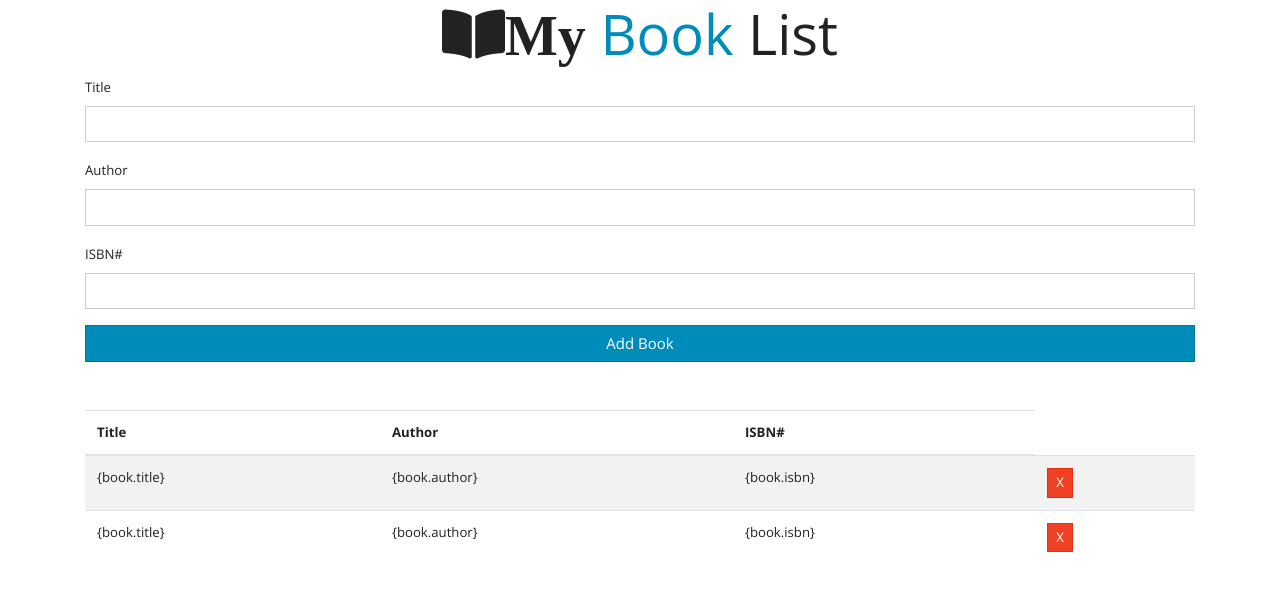
Repository: konstantin0s/bookList
Page: index.html
These files come from the project's save history. The page is drawn as it stood at one moment and after the next save; the edit follows.
The browser window is 1280 px wide. The pictures show the whole page.
Some web libraries are served in a nearby version.

Above is the page before, as saved 2018-12-24 23:05:04.

After the next save:
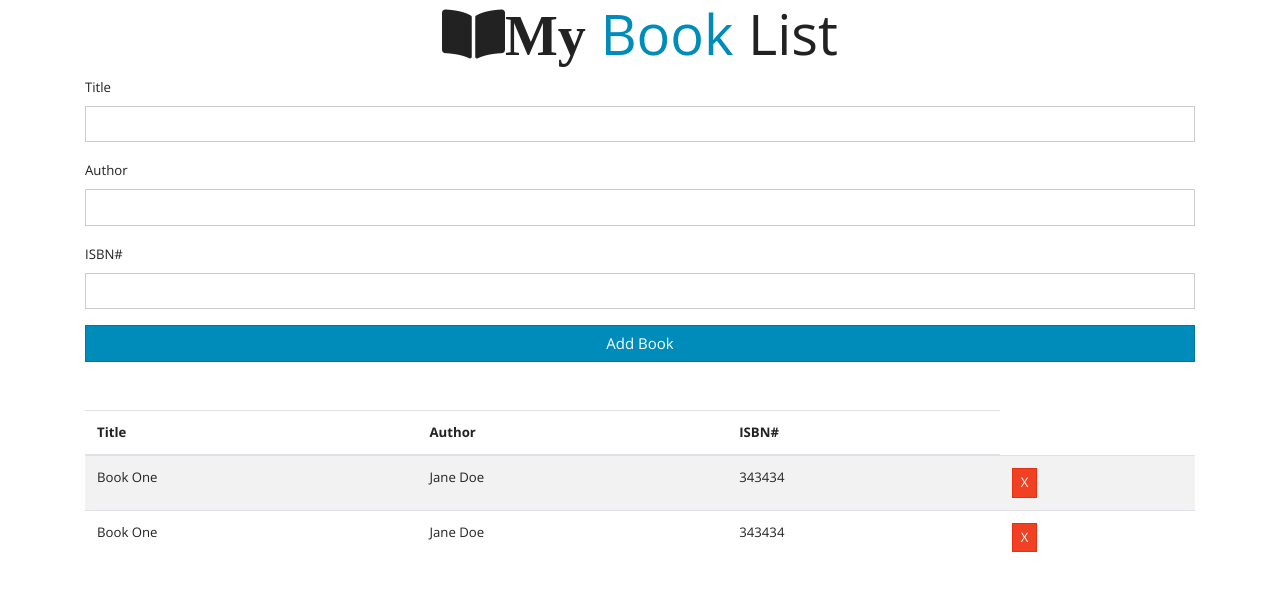
Saved 101 s later.
--- a/js/app.js
+++ b/js/app.js
@@ -31,9 +31,9 @@ static displayBooks() {
       const row = document.createElement("tr");
 
       row.innerHTML = `
-      <td>{book.title}</td>
-      <td>{book.author}</td>
-      <td>{book.isbn}</td>
+      <td>${book.title}</td>
+      <td>${book.author}</td>
+      <td>${book.isbn}</td>
       <td><a href="#" class="btn btn-danger btn-sm delete">X</a></td>
       `;
 
